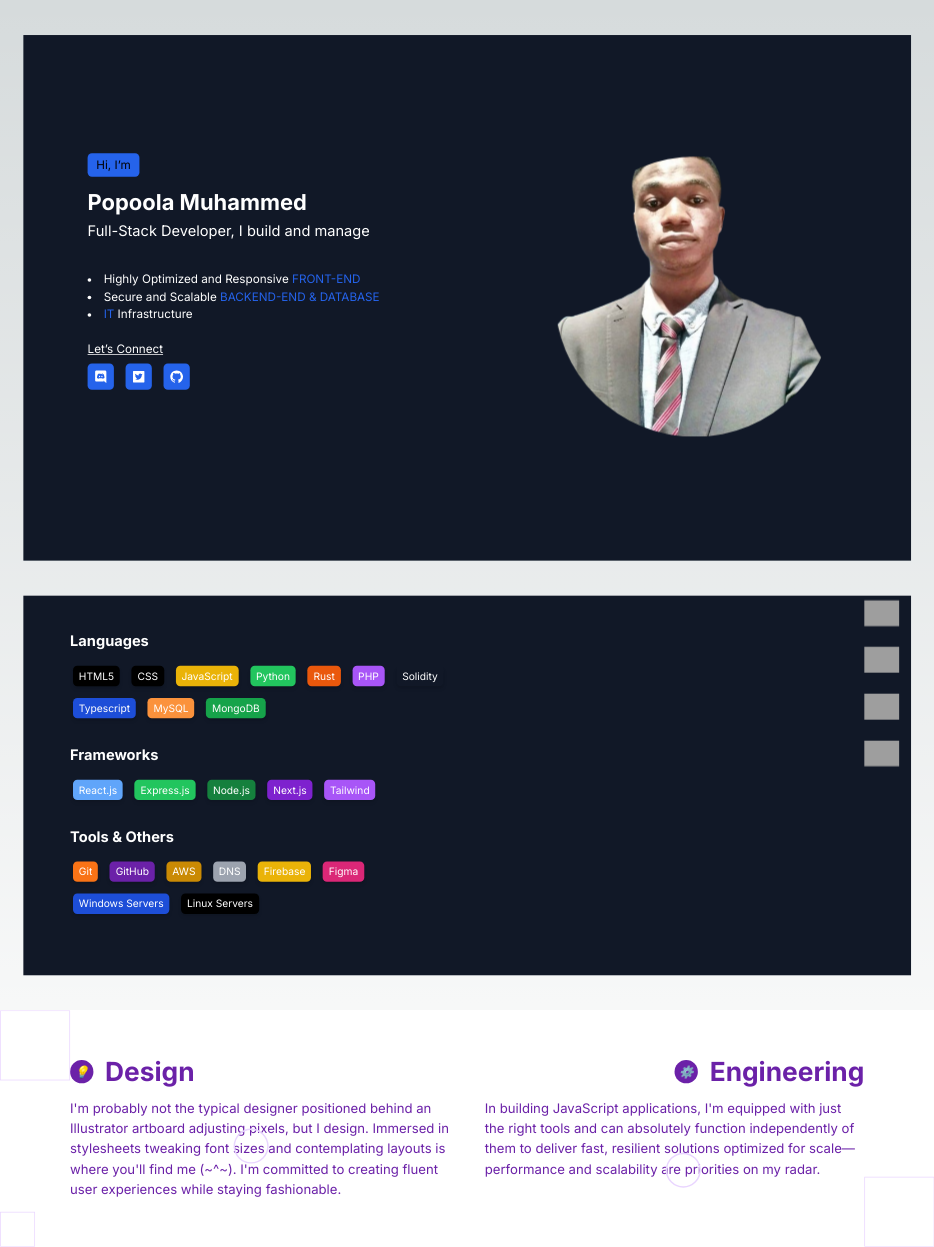
Repository: muhammedctgr/hammedctgr
Page: /
These files come from the project's save history. The page is drawn as it stood at one moment and after a run of saves; the edit follows.
The browser window is 1280 px wide. The pictures show the whole page, at 73% of full size.
Pictures or frames that could not be fetched are drawn as grey boxes. The project was rebuilt for these pictures with package versions that can differ from the ones it lists, and the page was loaded fresh each time. The framework's server and built-in components were replaced by stand-ins that run in the browser. Also part of the build but not shown: next.config.mjs.

Above is the page before, as saved 2024-08-01 15:54:18.

After the next 5 saves:
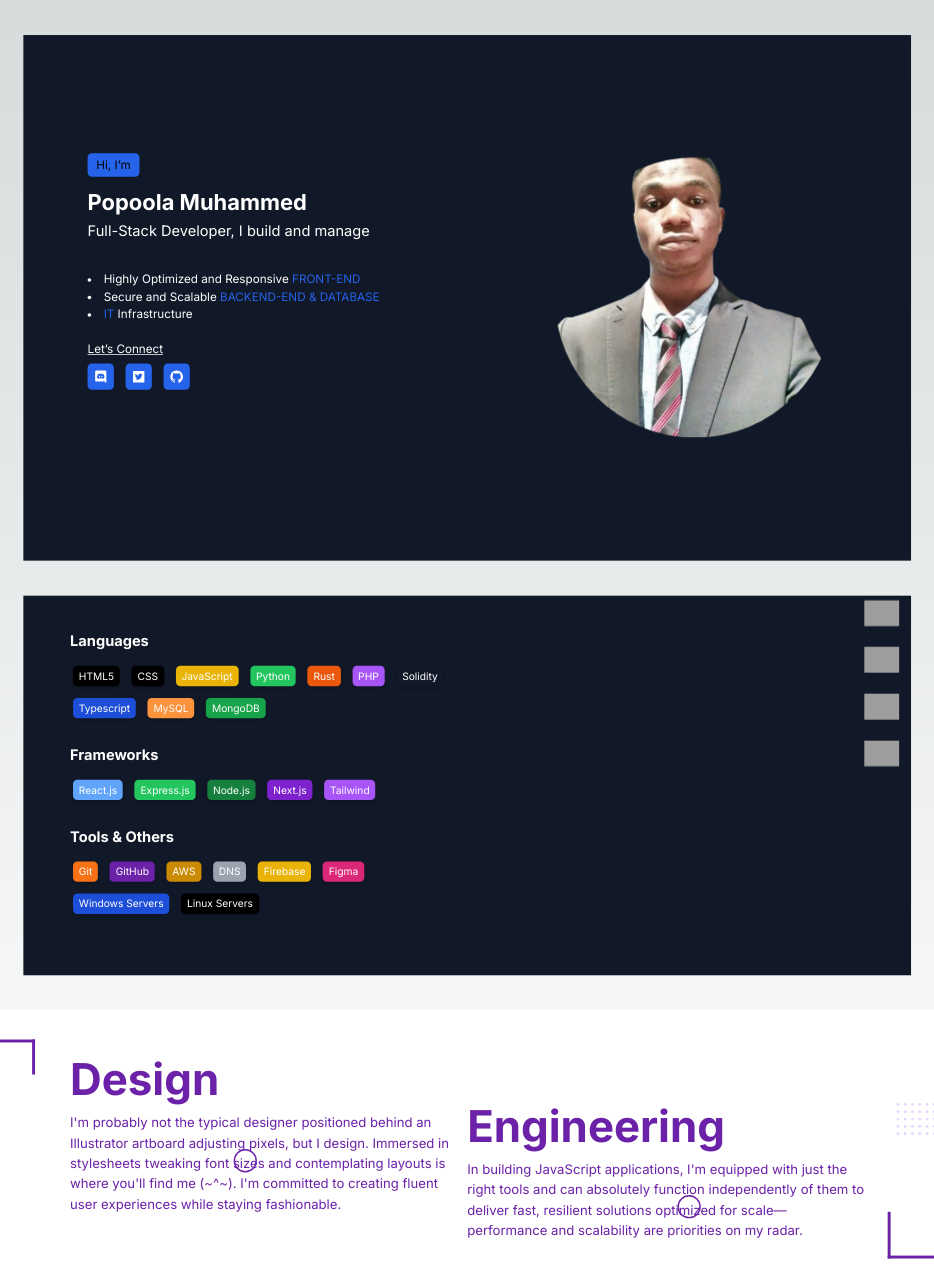
The 5 saves are shown as one change because 2 did not build or start and some came seconds apart.
The last was saved 13 min 45 s later.
--- a/components/SummarySection.tsx
+++ b/components/SummarySection.tsx
@@ -1,43 +1,88 @@
 import { FC } from 'react';
 
-const SummarySection: FC = () => {
+const DesignEngineeringSection: FC = () => {
   return (
     <section className="bg-white text-purple-800 py-16 relative overflow-hidden">
-      <div className="container mx-auto px-6 md:px-12 lg:px-24">
-        <div className="grid grid-cols-1 md:grid-cols-2 gap-12">
-          <div className="flex flex-col items-start">
-            <div className="flex items-center mb-4">
-              <div className="w-8 h-8 bg-purple-800 rounded-full flex items-center justify-center">
-                <i className="text-white">💡</i> {/* Replace with an appropriate icon */}
-              </div>
-              <h2 className="text-4xl font-bold ml-4">Design</h2>
-            </div>
-            <p className="text-lg">
-              I'm probably not the typical designer positioned behind an Illustrator artboard adjusting pixels, but I design. Immersed in stylesheets tweaking font sizes and contemplating layouts is where you'll find me (~^~). I'm committed to creating fluent user experiences while staying fashionable.
-            </p>
+      <div className="container mx-auto px-6 md:px-12 lg:px-24 flex flex-col md:flex-row justify-between items-start">
+        <div className="md:w-1/2 mb-16 md:mb-0">
+          <div className="mb-4 flex items-center">
+            <span className="text-6xl font-bold">Design</span>
           </div>
-          <div className="flex flex-col items-start md:items-end">
-            <div className="flex items-center mb-4">
-              <div className="w-8 h-8 bg-purple-800 rounded-full flex items-center justify-center">
-                <i className="text-white">⚙️</i> {/* Replace with an appropriate icon */}
-              </div>
-              <h2 className="text-4xl font-bold ml-4">Engineering</h2>
-            </div>
-            <p className="text-lg">
-              In building JavaScript applications, I'm equipped with just the right tools and can absolutely function independently of them to deliver fast, resilient solutions optimized for scale—performance and scalability are priorities on my radar.
-            </p>
+          <p className="text-lg">
+            I'm probably not the typical designer positioned behind an Illustrator artboard adjusting pixels, but I design. Immersed in stylesheets tweaking font sizes and contemplating layouts is where you'll find me (~^~). I'm committed to creating fluent user experiences while staying fashionable.
+          </p>
+        </div>
+        <div className="md:w-1/2 md:mt-16">
+          <div className="mb-4 flex items-center">
+            <span className="text-6xl font-bold">Engineering</span>
           </div>
+          <p className="text-lg">
+            In building JavaScript applications, I'm equipped with just the right tools and can absolutely function independently of them to deliver fast, resilient solutions optimized for scale—performance and scalability are priorities on my radar.
+          </p>
         </div>
       </div>
 
       {/* Decorative Elements */}
-      <div className="absolute top-0 left-0 w-24 h-24 border border-purple-200"></div>
-      <div className="absolute top-1/2 left-1/4 w-12 h-12 border-2 border-purple-200 rounded-full"></div>
-      <div className="absolute bottom-0 right-0 w-24 h-24 border border-purple-200"></div>
-      <div className="absolute bottom-1/4 right-1/4 w-12 h-12 border-2 border-purple-200 rounded-full"></div>
-      <div className="absolute bottom-0 left-0 w-12 h-12 border border-purple-200"></div>
+      <div className="absolute top-10 left-0 w-12 h-12 border-t-4 border-r-4 border-purple-800"></div>
+      <div className="absolute top-1/2 left-1/4 w-8 h-8 border-2 border-purple-800 rounded-full"></div>
+      <div className="absolute bottom-10 right-0 w-16 h-16 border-b-4 border-l-4 border-purple-800"></div>
+      <div className="absolute bottom-1/4 right-1/4 w-8 h-8 border-2 border-purple-800 rounded-full"></div>
+      <div className="absolute top-1/4 right-0 transform translate-x-12 translate-y-8">
+        <svg className="fill-current text-purple-200" width="100" height="100" viewBox="0 0 100 100">
+          <circle cx="2" cy="2" r="2" />
+          <circle cx="12" cy="2" r="2" />
+          <circle cx="22" cy="2" r="2" />
+          <circle cx="32" cy="2" r="2" />
+          <circle cx="42" cy="2" r="2" />
+          <circle cx="52" cy="2" r="2" />
+          <circle cx="62" cy="2" r="2" />
+          <circle cx="72" cy="2" r="2" />
+          <circle cx="82" cy="2" r="2" />
+          <circle cx="92" cy="2" r="2" />
+          <circle cx="2" cy="12" r="2" />
+          <circle cx="12" cy="12" r="2" />
+          <circle cx="22" cy="12" r="2" />
+          <circle cx="32" cy="12" r="2" />
+          <circle cx="42" cy="12" r="2" />
+          <circle cx="52" cy="12" r="2" />
+          <circle cx="62" cy="12" r="2" />
+          <circle cx="72" cy="12" r="2" />
+          <circle cx="82" cy="12" r="2" />
+          <circle cx="92" cy="12" r="2" />
+          <circle cx="2" cy="22" r="2" />
+          <circle cx="12" cy="22" r="2" />
+          <circle cx="22" cy="22" r="2" />
+          <circle cx="32" cy="22" r="2" />
+          <circle cx="42" cy="22" r="2" />
+          <circle cx="52" cy="22" r="2" />
+          <circle cx="62" cy="22" r="2" />
+          <circle cx="72" cy="22" r="2" />
+          <circle cx="82" cy="22" r="2" />
+          <circle cx="92" cy="22" r="2" />
+          <circle cx="2" cy="32" r="2" />
+          <circle cx="12" cy="32" r="2" />
+          <circle cx="22" cy="32" r="2" />
+          <circle cx="32" cy="32" r="2" />
+          <circle cx="42" cy="32" r="2" />
+          <circle cx="52" cy="32" r="2" />
+          <circle cx="62" cy="32" r="2" />
+          <circle cx="72" cy="32" r="2" />
+          <circle cx="82" cy="32" r="2" />
+          <circle cx="92" cy="32" r="2" />
+          <circle cx="2" cy="42" r="2" />
+          <circle cx="12" cy="42" r="2" />
+          <circle cx="22" cy="42" r="2" />
+          <circle cx="32" cy="42" r="2" />
+          <circle cx="42" cy="42" r="2" />
+          <circle cx="52" cy="42" r="2" />
+          <circle cx="62" cy="42" r="2" />
+          <circle cx="72" cy="42" r="2" />
+          <circle cx="82" cy="42" r="2" />
+          <circle cx="92" cy="42" r="2" />
+        </svg>
+      </div>
     </section>
   );
 };
 
-export default SummarySection;
+export default DesignEngineeringSection;
